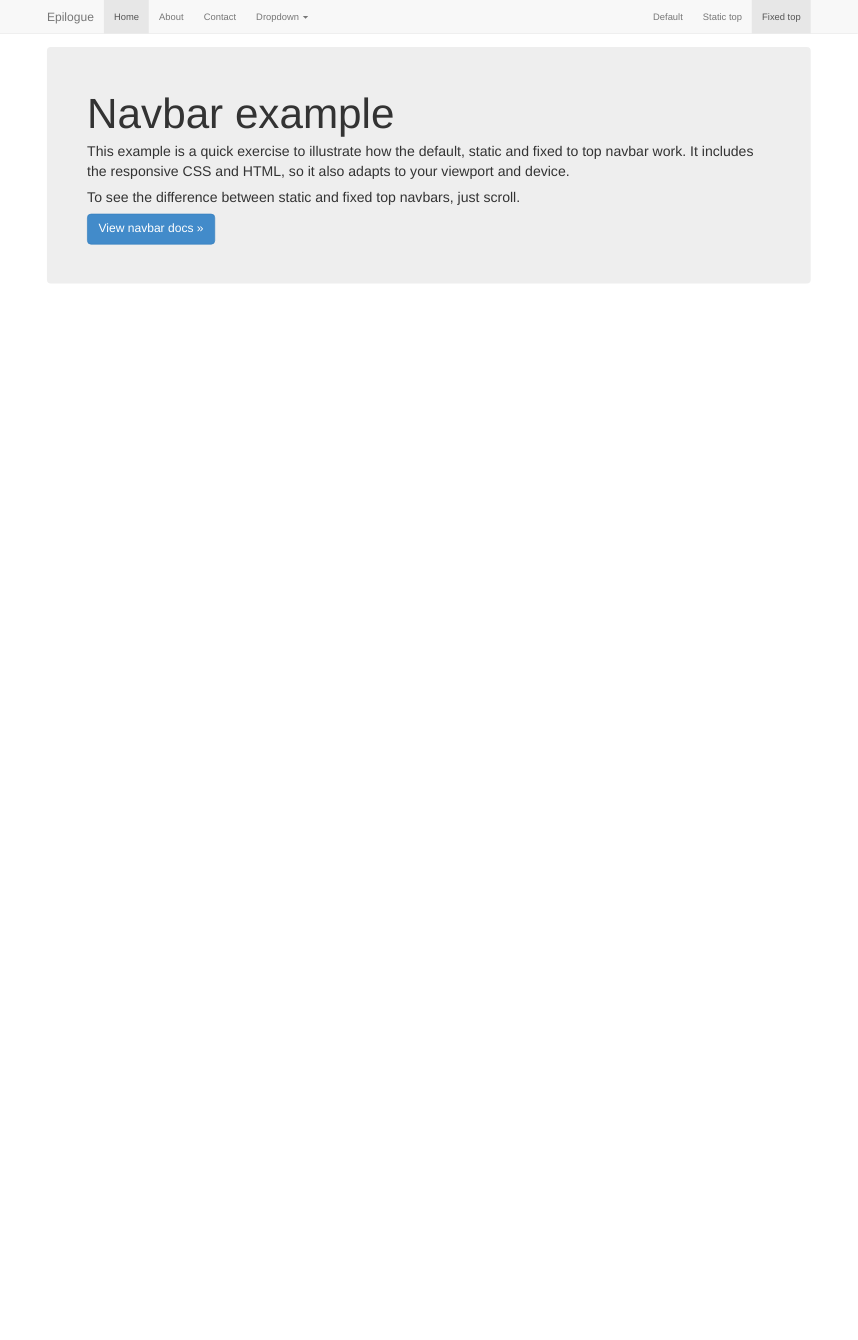
Repository: gpai/epilogue
Page: http://localhost/tiles/header.phtml
These files come from the project's save history. The page is drawn as it stood at one moment and after the next save; the edit follows.
The browser window is 1280 px wide. The pictures show the whole page, at 67% of full size.
Some web libraries are served in a nearby version. The page is run by PHP 8.4 with error messages shown; the project is at /var/www/html/.

Above is the page before, as saved 2013-11-01 00:01:24.

After the next save:
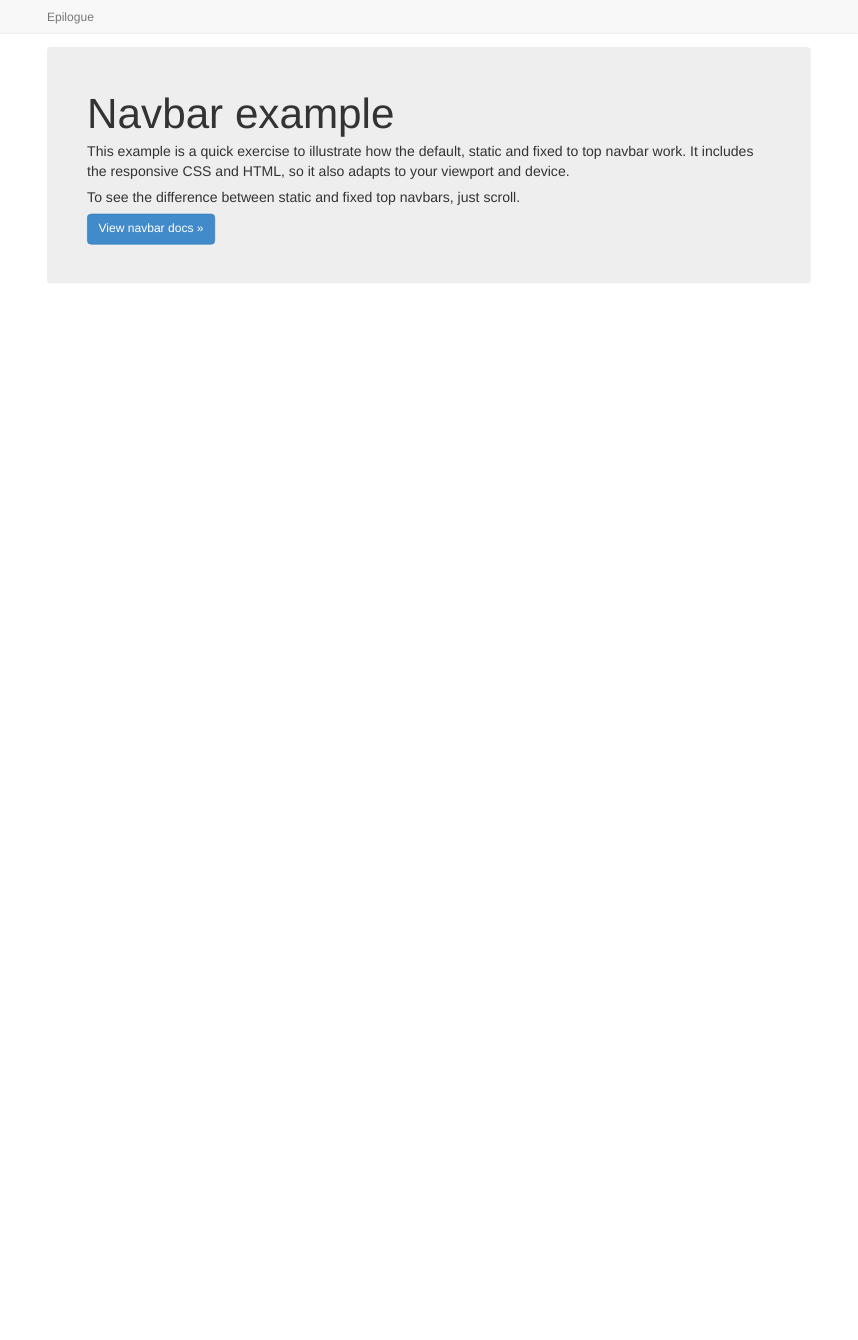
Saved 5 days later.
--- a/sandbox/grace/TestEpilogue/Epilogue/tiles/header.phtml
+++ b/sandbox/grace/TestEpilogue/Epilogue/tiles/header.phtml
@@ -40,29 +40,7 @@
           </button>
           <a class="navbar-brand" href="#">Epilogue</a>
         </div>
-        <div class="navbar-collapse collapse">
-          <ul class="nav navbar-nav">
-            <li class="active"><a href="#">Home</a></li>
-            <li><a href="#about">About</a></li>
-            <li><a href="#contact">Contact</a></li>
-            <li class="dropdown">
-              <a href="#" class="dropdown-toggle" data-toggle="dropdown">Dropdown <b class="caret"></b></a>
-              <ul class="dropdown-menu">
-                <li><a href="#">Action</a></li>
-                <li><a href="#">Another action</a></li>
-                <li><a href="#">Something else here</a></li>
-                <li class="divider"></li>
-                <li class="dropdown-header">Nav header</li>
-                <li><a href="#">Separated link</a></li>
-                <li><a href="#">One more separated link</a></li>
-              </ul>
-            </li>
-          </ul>
-          <ul class="nav navbar-nav navbar-right">
-            <li><a href="../navbar/">Default</a></li>
-            <li><a href="../navbar-static-top/">Static top</a></li>
-            <li class="active"><a href="./">Fixed top</a></li>
-          </ul>
+
         </div><!--/.nav-collapse -->
       </div>
     </div>
